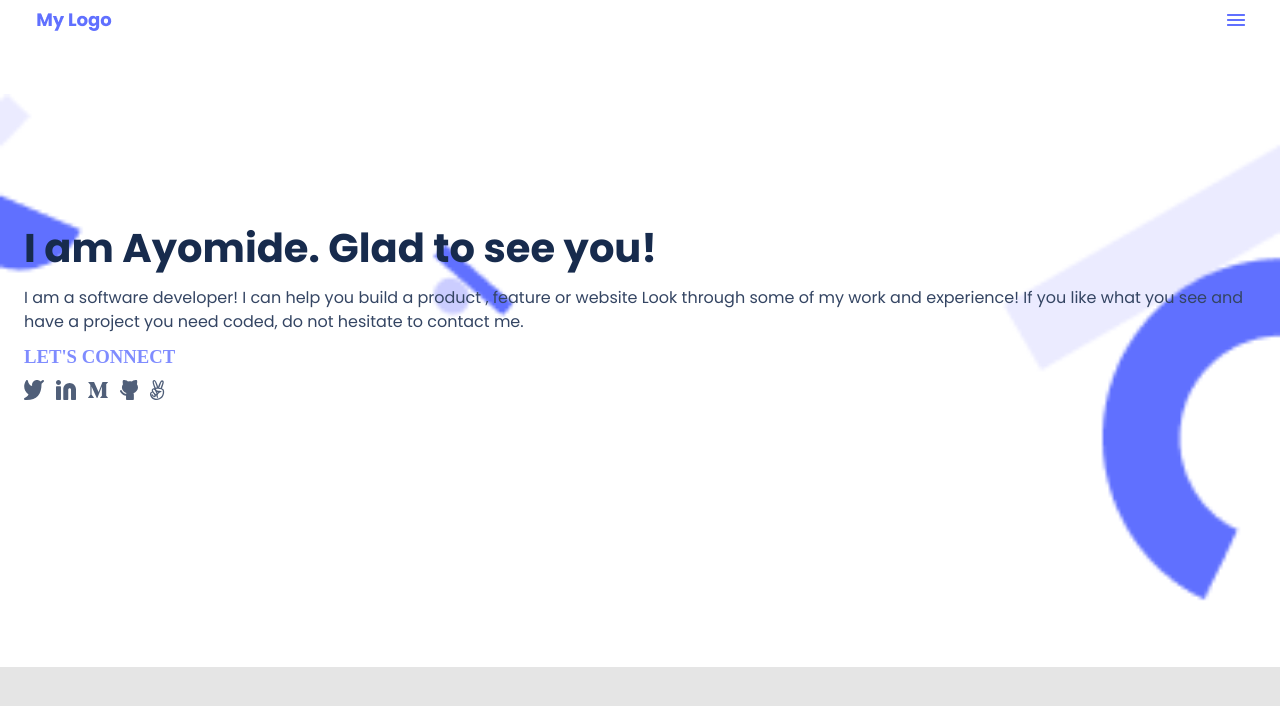
Repository: Paulinelali/potfoilo.github.io
Page: public/index.html
The author's editor kept a copy of each file at every save. The page is drawn from the files as they stood at one save, then again after a run of saves.
The browser window is 1280 px wide. The pictures show the whole page.

Above is the page before, as saved 2023-03-31 00:33:36.

After the next 2 saves:
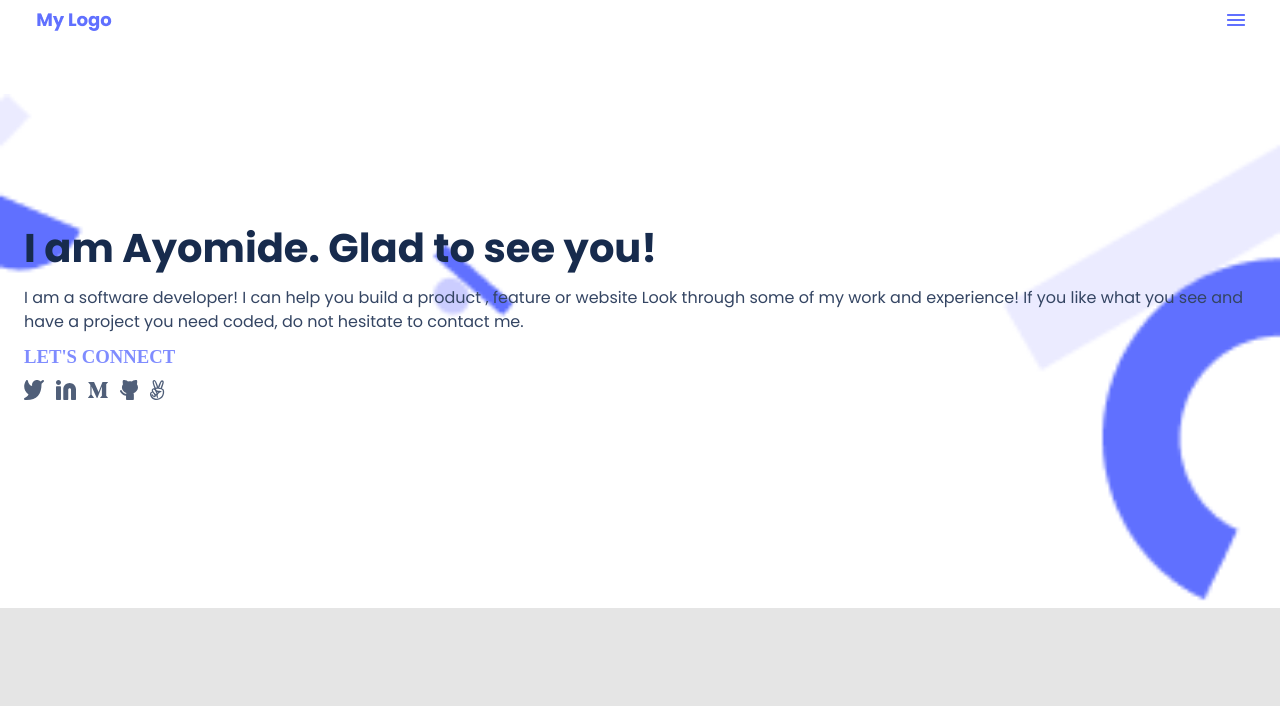
The 2 saves are shown as one change because they came seconds apart.
The last was saved 24 s later.
--- a/styles/style.css
+++ b/styles/style.css
@@ -61,5 +61,5 @@
 .social-icons{
   display: flex;
   gap: 12px;
-  margin-bottom: 139px;
+  margin-bottom: 80px;
 }

After the save that followed:
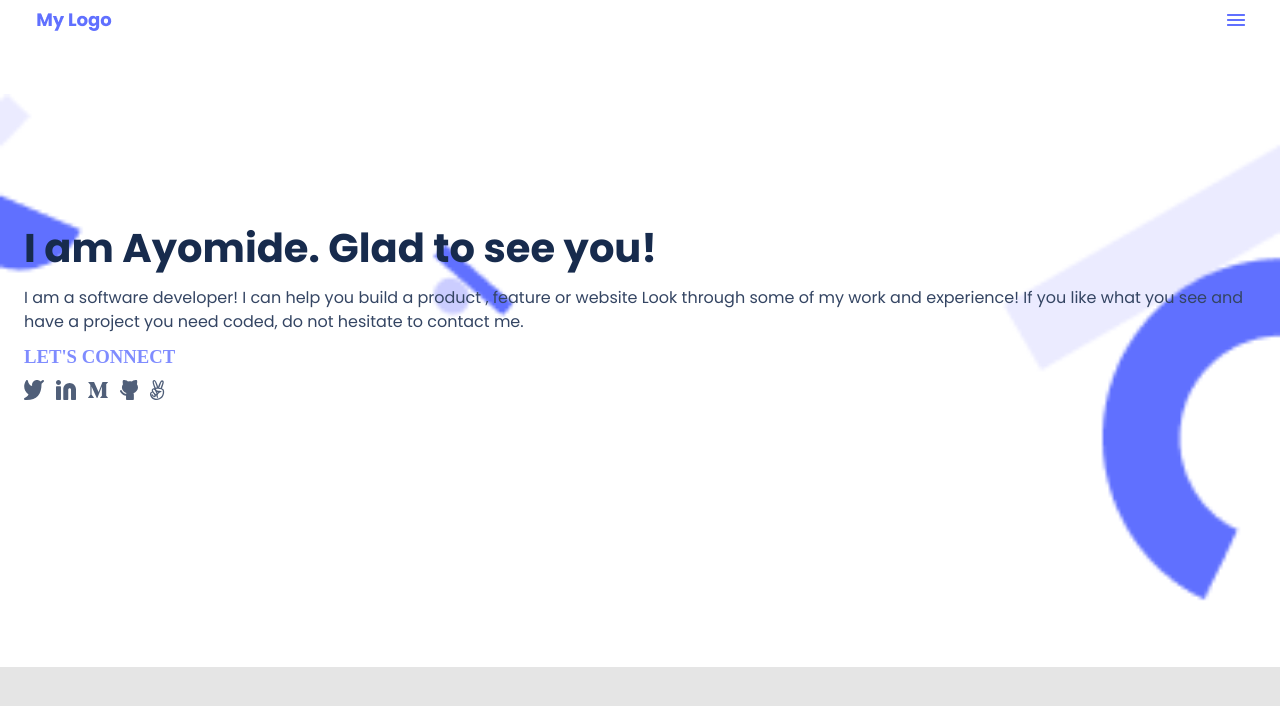
Saved 11 s later.
--- a/styles/style.css
+++ b/styles/style.css
@@ -61,5 +61,5 @@
 .social-icons{
   display: flex;
   gap: 12px;
-  margin-bottom: 80px;
+  margin-bottom: 139px;
 }
